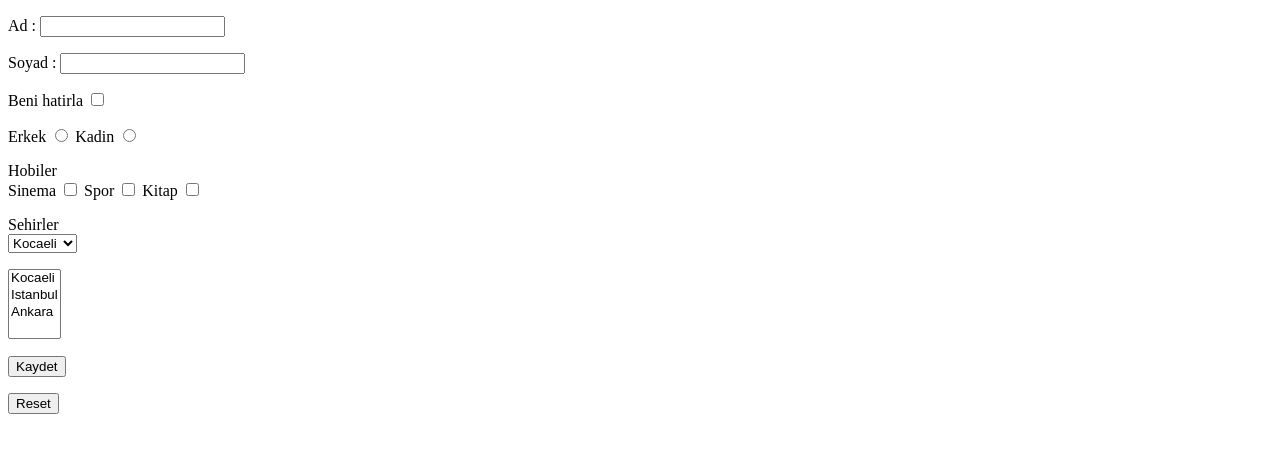
Repository: sammkrt/git101
Page: html-css-TrainingMyself/forms.html
An editor plug-in stored every save of this project. The page is shown before and after the next save, followed by the edit.
The browser window is 1280 px wide. The pictures show the whole page.

Above is the page before, as saved 2022-12-22 12:41:25.

### html-css-TrainingMyself/forms.html
<!DOCTYPE html>
<html lang="en">
<head>
    <meta charset="UTF-8">
    <meta http-equiv="X-UA-Compatible" content="IE=edge">
    <meta name="viewport" content="width=device-width, initial-scale=1.0">
    <title>Forms</title>
</head>
<body>
    <form action="/Home/Register">
        <p>
            Ad : <input type="text" name="ad" required>
        </p>
        <p>Soyad : <input type="text" name="Soyad" required>
        </p>
        <p>
            Beni hatirla <input type="checkbox" name="beniHatirla">
        </p>
        <p>
            Erkek <input type="radio" name="Cinsiyet">
            Kadin <input type="radio" name="Cinsiyet">
        </p>


        <p>
            Hobiler <br>
            Sinema <input type="checkbox" name="hobiler">
            Spor <input type="checkbox" name="hobiler">
            Kitap <input type="checkbox" name="hobiler">
        </p>
        <p>
            Sehirler
            <br>
            <select name="Sehir">
                <option>Kocaeli</option>
                <option>Istanbul</option>
                <option>Ankara</option>
            </select>
        </p>
        <p>
            <select multiple>
                <option>Kocaeli</option>
                <option>Istanbul</option>
                <option>Ankara</option>
            </select>
        </p>
        <input type="submit" value="Kaydet">
        <p>
            <input type="reset"
        </p>



    </form>
</body>
</html>

After the next save:
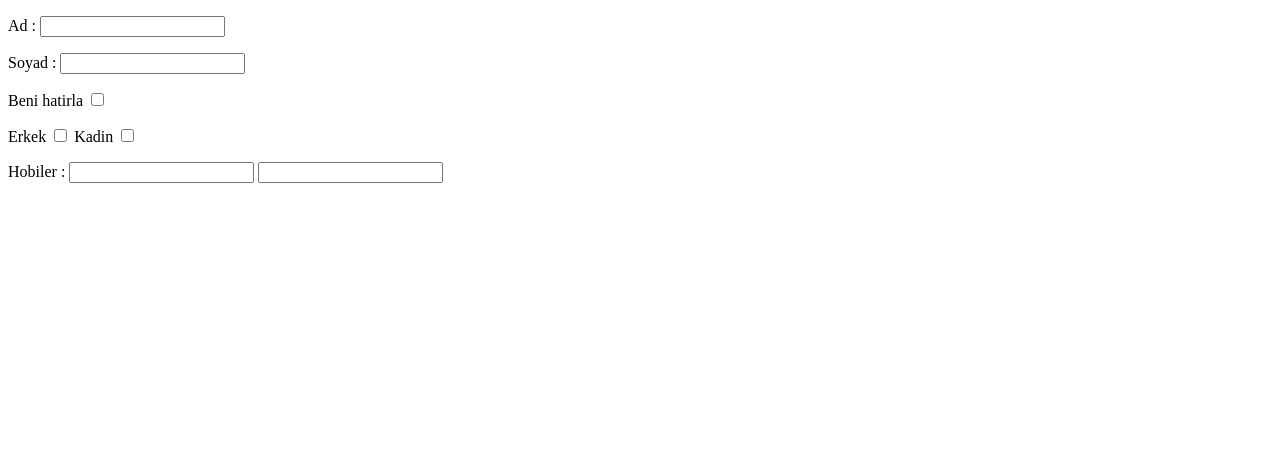
Saved 115 s later.
--- a/html-css-TrainingMyself/forms.html
+++ b/html-css-TrainingMyself/forms.html
@@ -7,47 +7,24 @@
     <title>Forms</title>
 </head>
 <body>
-    <form action="/Home/Register">
+    <form>
         <p>
-            Ad : <input type="text" name="ad" required>
+            Ad : <input type="text" name="ad">
         </p>
-        <p>Soyad : <input type="text" name="Soyad" required>
+        <p>Soyad : <input type="text" name="Soyad">
         </p>
         <p>
             Beni hatirla <input type="checkbox" name="beniHatirla">
         </p>
         <p>
-            Erkek <input type="radio" name="Cinsiyet">
-            Kadin <input type="radio" name="Cinsiyet">
-        </p>
-
-
-        <p>
-            Hobiler <br>
-            Sinema <input type="checkbox" name="hobiler">
-            Spor <input type="checkbox" name="hobiler">
-            Kitap <input type="checkbox" name="hobiler">
+            Erkek <input type="checkbox" name="Cinsiyet">
+            Kadin <input type="checkbox" name="Cinsiyet">
         </p>
         <p>
-            Sehirler
-            <br>
-            <select name="Sehir">
-                <option>Kocaeli</option>
-                <option>Istanbul</option>
-                <option>Ankara</option>
-            </select>
+            Hobiler : <input
         </p>
-        <p>
-            <select multiple>
-                <option>Kocaeli</option>
-                <option>Istanbul</option>
-                <option>Ankara</option>
-            </select>
-        </p>
-        <input type="submit" value="Kaydet">
-        <p>
-            <input type="reset"
-        </p>
+        <input>
+
 
 
 
